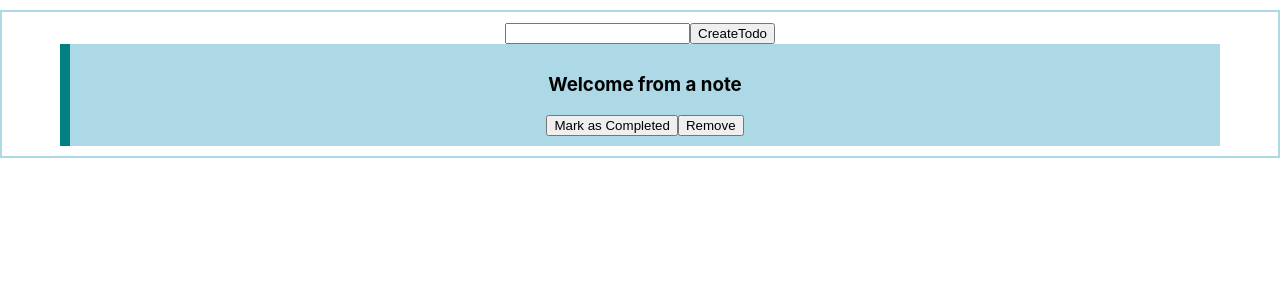
Repository: CaptainStorm21/react-ecosystem-course
Page: /
These files come from the project's save history. The page is drawn as it stood at one moment and after the next save; the edit follows.
The browser window is 1280 px wide. The pictures show the whole page.
The project was rebuilt for these pictures with package versions that can differ from the ones it lists, and the page was loaded fresh each time.

Above is the page before, as saved 2020-05-30 17:41:53.

### src/App.js
import React from 'react';
import './App.css';
import TodoList from './todos/TodoList'

function App() {
  return (
    <div className="App">
      <TodoList/>
    </div>
  );
}

export default App;

### src/todos/TodoList.js
import React from 'react';
import NewTodoForm from './NewTodoForm';
import TodoListItem from './TodoListItem';
import './TodoList.css';


const TodoList = ({ todos = [{ text: "Welcome from a note" }] }) => (
    <div className="list-wrapper">
        <NewTodoForm/>
        {todos.map(todo => <TodoListItem todo={todo} />)}
    </div>
)

export default TodoList;

### src/todos/NewTodoForm.js
import React, { useState } from 'react';
import './NewTodoForm.css';

const NewTodoForm = () => {
    const [inputValue, setInputValue] = useState(' ');
   return (
        <div className="new-todo-form">
           <input className="new-todo-input"
               type="text"
               value={inputValue}
               onChange = { e => setInputValue (e.target.value)}
           />
            <button className="newTodo">CreateTodo</button>
        </div>
    );
};
export default NewTodoForm;

### src/todos/TodoListItem.js
import React from "react";

const TodoListItem = ({ todo }) => (
  <div className="todo-item-container">
    <h3>{todo.text}</h3>
    <div className="button -container">
      <button className="completed-button"> Mark as Completed</button>
      <button className="remove-button"> Remove</button>
    </div>
  </div>
);

export default TodoListItem;

### src/todos/TodoList.css
.list-wrapper{
    border: 2px solid lightblue;
    padding: 10px;
    margin-top: 10px;
}

### src/todos/NewTodoForm.css
.todo-item-container{
    width: 90%;
    margin: 0 auto;
    padding: 10px;
    border-left: 10px solid teal;
    background-color: lightblue;
    margin
}

Loaded but not shown: public/index.html (common file); src/index.js (common file); src/index.css (common file); src/serviceWorker.js (common file); src/App.css (common file)

After the next save:
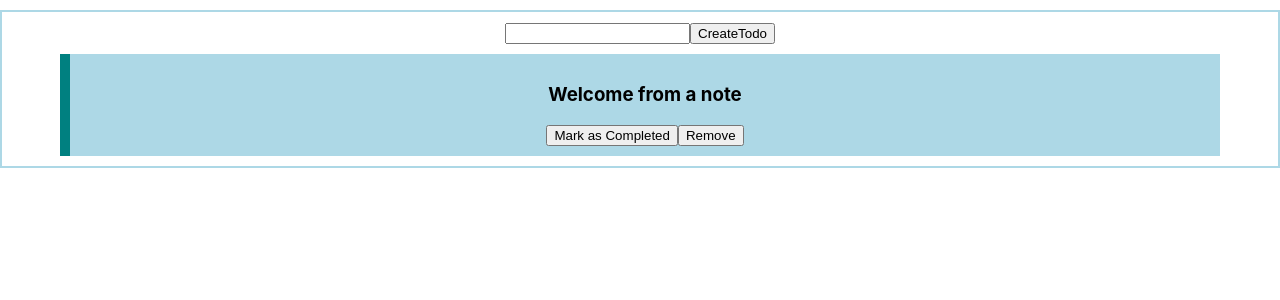
Saved 4 s later.
--- a/src/todos/NewTodoForm.css
+++ b/src/todos/NewTodoForm.css
@@ -4,5 +4,5 @@
     padding: 10px;
     border-left: 10px solid teal;
     background-color: lightblue;
-    margin
+    margin-top: 10px;
 }
